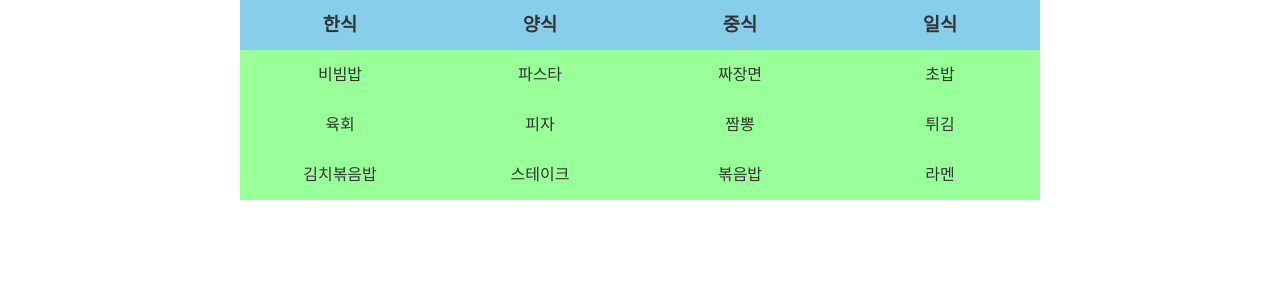
Repository: gwonjunsu95/html5
Page: html5/WebContent/day0304.html
These files come from the project's save history. The page is drawn as it stood at one moment and after the next save; the edit follows.
The browser window is 1280 px wide. The pictures show the whole page.

Above is the page before, as saved 2020-04-20 05:49:59.

### html5/WebContent/day0304.html
<!DOCTYPE html>
<html>
<head>
	<meta charset="UTF-8">
	<title>Insert title here</title>
	<style>
		*{
			margin: 0;
			padding: 0;
			text-decoration: none;
			list-style: none;
			color: #333;
		}

		.nav > ul > li {
			width: 200px;
			height: 50px;
			line-height: 50px;
			text-align: center;
			float: left;
			background: skyblue;
		}

			.nav > ul > li:hover{
				height: 200px;
				transition: 0.5s;
				background: blue;
			}
				.nav > ul > li:hover > h3 > a{
					color: white;
				}

		ul ul > li{
			background: #9f9;
		}

			ul ul > li:hover{
				background: #7c7;
			}

		.nav {
			width: 800px;
			margin: 0 auto;
		}
	</style>
</head>
<body>
	<div class = "nav">
		<ul>
			<li>
				<h3><a href = "#">한식</a></h3>
				<ul>
					<li><a href = "#">비빔밥</a></li>
					<li><a href = "#">육회</a></li>
					<li><a href = "#">김치볶음밥</a></li>
				</ul>
			</li>
			<li>
				<h3><a href = "#">양식</a></h3>
				<ul>
					<li><a href = "#">파스타</a></li>
					<li><a href = "#">피자</a></li>
					<li><a href = "#">스테이크</a></li>
				</ul>
			</li>
			<li>
				<h3><a href = "#">중식</a></h3>
				<ul>
					<li><a href = "#">짜장면</a></li>
					<li><a href = "#">짬뽕</a></li>
					<li><a href = "#">볶음밥</a></li>
				</ul>
			</li>
			<li>
				<h3><a href = "#">일식</a></h3>
				<ul>
					<li><a href = "#">초밥</a></li>
					<li><a href = "#">튀김</a></li>
					<li><a href = "#">라멘</a></li>
				</ul>
			</li>
		</ul>
	</div>
</body>
</html>

After the next save:
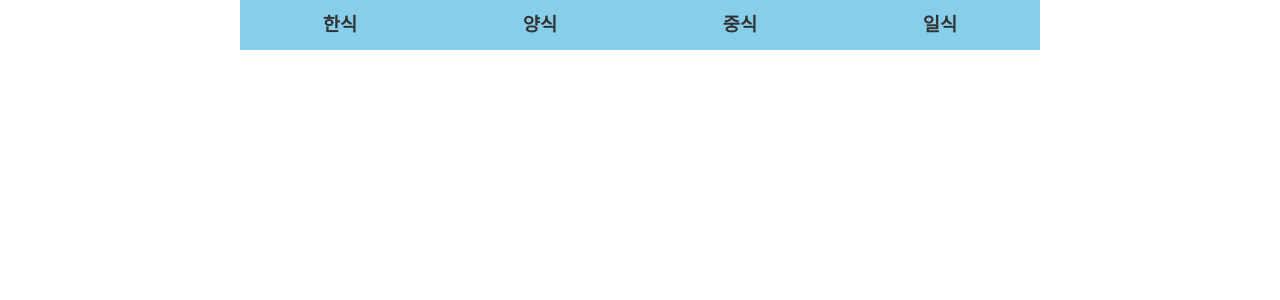
Saved 13 s later.
--- a/html5/WebContent/day0304.html
+++ b/html5/WebContent/day0304.html
@@ -19,6 +19,7 @@
 			text-align: center;
 			float: left;
 			background: skyblue;
+			overflow: hidden;
 		}
 
 			.nav > ul > li:hover{
